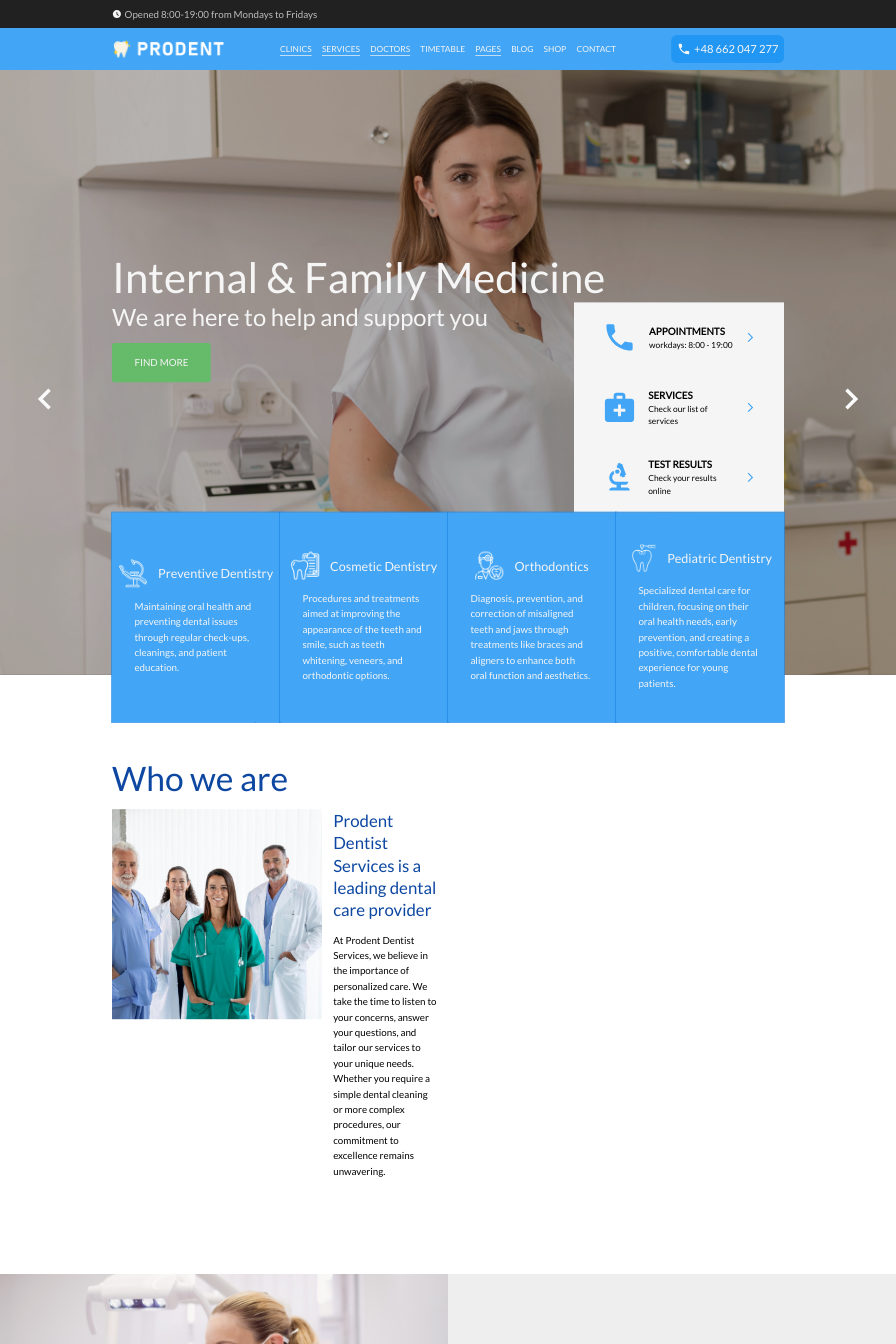
Repository: princ3-web/8
Page: /
These files come from the project's save history. The page is drawn as it stood at one moment and after a run of saves; the edit follows.
The browser window is 1280 px wide. The pictures show the part of the page from y = 0 to 1920 px (the page is 2739 px tall before and 1969 px after), at 70% of full size.
The project was rebuilt for these pictures with package versions that can differ from the ones it lists, and the page was loaded fresh each time. Also part of the build but not shown: vite.config.js, src/subpages/About.jsx, src/index.css.

Above is the page before, as saved 2023-11-02 15:29:51.

### index.html
<!doctype html>
<html lang="en">
  <head>
    <meta charset="UTF-8" />
    <link rel="icon" type="image/svg+xml" href="/vite.svg" />
    <meta name="viewport" content="width=device-width, initial-scale=1.0" />
    <title>Vite + React</title>
    <link rel="preconnect" href="https://fonts.googleapis.com">
    <link rel="preconnect" href="https://fonts.gstatic.com" crossorigin>
    <link href="https://fonts.googleapis.com/css2?family=Lato&display=swap" rel="stylesheet">
  </head>
  <body>
    <div id="root"></div>
    <script type="module" src="/src/main.jsx"></script>
  </body>
</html>

### src/App.jsx
import "./App.css";
import { Box } from "@mui/material";
import { Route, Routes } from "react-router-dom";
import Home from "./subpages/Home";
import About from "./subpages/About";
import Navbar from "./components/Navbar";
import Subbar from "./components/Subbar";
import { createTheme, ThemeProvider } from "@mui/material/styles";

function App() {

  const theme = createTheme({
    typography: {
      fontFamily: "Lato, sans-serif",
    },
  });



  return (
    <ThemeProvider theme={theme}>
    <Box>

      <Navbar />

      <Routes>
        <Route path="/" element={<Home />} />
        <Route path="/about" element={<About />} />
      </Routes>
      <Subbar />
    </Box>
    </ThemeProvider>
  );
}

export default App;

### src/App.css
body {
  padding: 0;
  margin: 0;
  overflow-x: "hidden";
}

### src/subpages/Home.jsx
import React, { useEffect, useState } from "react";
import { Box, CardMedia, Typography, Button, Fade } from "@mui/material";
import image1 from "../assets/images/1.jpg";
import image2 from "../assets/images/2.jpg";
import image3 from "../assets/images/3.jpg";
import image4 from "../assets/images/4.jpg";
import image5 from "../assets/images/5.jpg";
import { green, grey, blue } from "@mui/material/colors";
import PhoneIcon from "@mui/icons-material/Phone";
import MedicalServicesIcon from "@mui/icons-material/MedicalServices";
import BiotechIcon from "@mui/icons-material/Biotech";
import ArrowForwardIosIcon from "@mui/icons-material/ArrowForwardIos";
import icon1 from "../assets/icons/1.png";
import icon2 from "../assets/icons/2.png";
import icon3 from "../assets/icons/3.png";
import icon4 from "../assets/icons/4.png";
import SingleCarousel from "../components/SingleCarousel";

const Menu = () => {
  const items0 = [
    {
      title: "Preventive Dentistry",
      text: "Maintaining oral health and preventing dental issues through regular check-ups, cleanings, and patient education.",
      icon: icon1,
    },
    {
      title: "Cosmetic Dentistry",
      text: "Procedures and treatments aimed at improving the appearance of the teeth and smile, such as teeth whitening, veneers, and orthodontic options.",
      icon: icon2,
    },
    {
      title: "Orthodontics",
      text: "Diagnosis, prevention, and correction of misaligned teeth and jaws through treatments like braces and aligners to enhance both oral function and aesthetics.      ",
      icon: icon3,
    },
    {
      title: "Pediatric Dentistry",
      text: "Specialized dental care for children, focusing on their oral health needs, early prevention, and creating a positive, comfortable dental experience for young patients.      ",
      icon: icon4,
    },
  ];

  const items1 = [
    {
      title: "APPOINTMENTS",
      text: "workdays: 8:00 - 19:00",
      icon: <PhoneIcon sx={{ color: blue[400], fontSize: "50px", mr: "1rem" }} />,
    },
    {
      title: "SERVICES",
      text: "Check our list of services",
      icon: <MedicalServicesIcon sx={{ color: blue[400], fontSize: "50px", mr: "1rem" }} />,
    },
    {
      title: "TEST RESULTS",
      text: "Check your results online",
      icon: <BiotechIcon sx={{ color: blue[400], fontSize: "50px", mr: "1rem" }} />,
    },
  ];

  return (
    <Box
      sx={{
        position: "absolute",
        display: "flex",
        flexDirection: "column",
        alignItems: "flex-end",
        boxSizing: "border-box",
        top: "60%",
        px: "160px",
        width: "100%",
      }}
    >
      <Box
        sx={{
          display: "flex",
          flexDirection: "column",
          justifyContent: "space-evenly",
          alignItems: "center",
          backgroundColor: grey[100],
          width: "300px",
          height: "300px",
        }}
      >
        {items1.map((item) => (
          <Box
            sx={{
              display: "flex",
              alignItems: "center",
              justifyContent: "space-between",
              width: "100%",
              height: "33%",
              boxSizing: "border-box",
              px: "40px",
              transition: "0.25s",
              ":hover": {
                backgroundColor: grey[300],
                cursor: "pointer",
              },
            }}
          >
            {item.icon}
            <Box>
              <Typography sx={{ fontSize: "14px", fontWeight: 600 }}>{item.title}</Typography>
              <Typography sx={{ fontSize: "12px" }}>{item.text}</Typography>
            </Box>
            <ArrowForwardIosIcon sx={{ color: blue[400], fontSize: "16px", ml: "1rem" }} />
          </Box>
        ))}
      </Box>
      <Box sx={{ display: "flex", width: "100%" }}>
        {items0.map((item) => (
          <Box
            sx={{
              display: "flex",
              flexDirection: "column",
              justifyContent: "center",
              alignItems: "center",
              backgroundColor: blue[400],
              width: "300px",
              height: "300px",
              outline: "1px solid " + blue[600],
              transition: "0.25s",
              ":hover": {
                backgroundColor: blue[500],
                cursor: "pointer",
              },
            }}
          >
            <Box sx={{ display: "flex", alignItems: "center", mb: "1rem" }}>
              <CardMedia
                component="img"
                src={item.icon}
                alt=""
                sx={{ width: "40px", mr: "1rem" }}
              />
              <Typography color={grey[100]} sx={{ fontSize: "18px" }}>
                {item.title}
              </Typography>
            </Box>
            <Typography color={grey[100]} variant="subtitle2" sx={{ px: "2rem" }}>
              {item.text}
            </Typography>
          </Box>
        ))}
      </Box>
    </Box>
  );
};

const Home = () => {

  const [currentImageIndex, setCurrentImageIndex] = useState(0);

  useEffect(() => {
    const interval = setInterval(() => {
      const nextIndex = (currentImageIndex + 1) % images.length;
      setCurrentImageIndex(nextIndex);
    }, 4000);

    return () => {
      clearInterval(interval);
    };
  }, [currentImageIndex]);

  const images = [image1, image2, image3, image4];

  return (
    <Box>
      <SingleCarousel images={images} />

      <Box sx={{ position: "absolute", top: "50%", left: "160px", zIndex: 1 }}>
        <Typography variant="h2" sx={{ color: grey[100] }}>
          Internal & Family Medicine
        </Typography>
        <Typography variant="h4" sx={{ color: grey[100] }}>
          We are here to help and support you
        </Typography>
        <Button
          sx={{
            backgroundColor: green[400],
            color: grey[100],
            py: "1rem",
            px: "2rem",
            mt: "1rem",
            "&:hover": {
              backgroundColor: green[700],
              cursor: "pointer",
            },
          }}
        >
          FIND MORE
        </Button>
      </Box>
      <Menu />
      <Box sx={{ boxSizing: "border-box", px: "160px", py: "120px" }}>
        <Typography variant="h3" color={blue[900]}>
          Who we are
        </Typography>
        <Box sx={{ display: "flex", width: "50%" }}>
          <CardMedia
            component="img"
            src={image1}
            alt=""
            sx={{ width: "300px", height: "300px", mt: "1rem" }}
          />
          <Box sx={{ p: "1rem" }}>
            <Typography variant="h5" sx={{ mb: "1rem" }} color={blue[900]}>
              Prodent Dentist Services is a leading dental care provider
            </Typography>

            <Typography variant="subtitle2">
              At Prodent Dentist Services, we believe in the importance of personalized care. We
              take the time to listen to your concerns, answer your questions, and tailor our
              services to your unique needs. Whether you require a simple dental cleaning or more
              complex procedures, our commitment to excellence remains unwavering.
            </Typography>
          </Box>
        </Box>
      </Box>
      <Box sx={{backgroundColor: grey[200]}}>
        <CardMedia component="img" src={image5} alt="" sx={{ width: "50%", height: "100%" }} />
        <Box>
        <CardMedia component="img" src={image5} alt="" sx={{ width: "50%", height: "100%" }} />
        <Typography>a</Typography>
        <Typography>b</Typography>
        </Box>
      </Box>
    </Box>
  );
};

export default Home;

### src/components/Navbar.jsx
import React from "react";
import { Box, Typography, CardMedia, Menu, MenuItem } from "@mui/material";
import { blue, grey } from "@mui/material/colors";
import PhoneIcon from "@mui/icons-material/Phone";
import AccessTimeFilledIcon from "@mui/icons-material/AccessTimeFilled";
import logo from "../assets/icons/logo.png";

const Navbar = () => {
  const items = [
    { name: "CLINICS", items: ["Dental Clinic 1", "Dental Clinic 2", "Dental Clinic 3"] },
    { name: "SERVICES", items: ["Orthodontics", "Cosmetic Dentistry", "Preventive Dentistry"] },
    { name: "DOCTORS", items: ["Dentist 1", "Dentist 2", "Dentist 3"] },
    { name: "TIMETABLE", items: [] },
    { name: "PAGES", items: ["Home Page", "About Us", "Services Page"] },
    { name: "BLOG", items: [] },
    { name: "SHOP", items: [] },
    {
      name: "CONTACT",
      items: [],
    },
  ];

  const handleMenuItemHover = (event, index) => {
    const dropdownMenu = event.currentTarget.querySelector(".dropdown-menu");
    if (dropdownMenu) {
      dropdownMenu.style.visibility = "visible";
      dropdownMenu.style.filter = "opacity(1)";
    }
  };

  const handleMenuItemLeave = (event) => {
    const dropdownMenu = event.currentTarget.querySelector(".dropdown-menu");
    if (dropdownMenu) {
      dropdownMenu.style.visibility = "hidden";
      dropdownMenu.style.filter = "opacity(0)";
    }
  };

  return (
    <Box sx={{ position: "relative", zIndex: 2 }}>
      <Box
        sx={{
          display: "flex",
          alignItems: "center",
          height: "40px",
          width: "100%",
          backgroundColor: grey[900],
          pl: "160px",
          boxSizing: "border-box",
        }}
      >
        <AccessTimeFilledIcon sx={{ color: grey[100], fontSize: "14px", mr: "0.25rem" }} />
        <Typography color={grey[400]} variant="subtitle2">
          Opened 8:00-19:00 from Mondays to Fridays
        </Typography>
      </Box>
      <Box
        sx={{
          display: "flex",
          justifyContent: "space-between",
          alignItems: "center",
          boxSizing: "border-box",
          px: "160px",
          backgroundColor: blue[400],
          height: "60px",
        }}
      >
        <Box>
          <CardMedia component="img" src={logo} alt="" sx={{ height: "30px" }} />
        </Box>
        <Box
          sx={{
            display: "flex",
            justifyContent: "space-between",
            alignItems: "center",
            width: "50%",
            height: "100%",
          }}
        >
          {items.map((item, index) => (
            <Box
              key={index}
              onMouseEnter={(e) => handleMenuItemHover(e, index)}
              onMouseLeave={handleMenuItemLeave}
              sx={{ display: "flex", alignItems: "center", height: "100%" }}
            >
              <Typography
                sx={{
                  color: grey[100],
                  textDecoration: item.items.length < 1 ? "none" : "underline",
                  textUnderlineOffset:"5px",
                  fontSize: "12px",
                  ":hover": { cursor: "pointer", color: blue[100] },
                }}
              >
                {item.name}
              </Typography>
              <Box
                className="dropdown-menu"
                sx={{
                  visibility: "hidden",
                  position: "absolute",
                  backgroundColor: grey[100],
                  transition: "0.5s",
                  filter: "opacity(0)",
                  fontSize: "12px",
                  mt: "190px",
                  ml: "-10px",
                  py:"0.5rem",
                }}
              >
                {item.items.map((item) => (

                  <MenuItem sx={{ fontSize: "12px", p:"1rem", pr:"7rem" }}>{item}</MenuItem>
                ))}
              </Box>
            </Box>
          ))}
        </Box>
        <Box
          sx={{
            display: "flex",
            alignItems: "center",
            p: "0.5rem",
            borderRadius: ".5rem",
            backgroundColor: blue[500],
          }}
        >
          <PhoneIcon sx={{ color: grey[100], fontSize: "20px", mr: "0.25rem" }} />
          <Typography color={grey[100]}>+48 662 047 277</Typography>
        </Box>
      </Box>
    </Box>
  );
};

export default Navbar;

### src/components/Subbar.jsx
import React from 'react'

const Subbar = () => {
  return (
    <div>Subbar</div>
  )
}

export default Subbar

### src/components/SingleCarousel.jsx
import React, { useState, useEffect } from "react";
import KeyboardArrowLeftIcon from "@mui/icons-material/KeyboardArrowLeft";
import KeyboardArrowRightIcon from "@mui/icons-material/KeyboardArrowRight";
import IconButton from "@mui/material/IconButton";
import Box from "@mui/material/Box";
import { grey } from "@mui/material/colors";
import { CardMedia } from "@mui/material";

const SingleCarousel = ({ images }) => {
  const [index, setIndex] = useState(0);
  const [transition, setTransition] = useState(false);
  const [hover, setHover] = useState(false);

  useEffect(() => {
    const interval = setInterval(() => {
      setIndex((state) => (state === images.length - 1 ? 0 : state + 1));
    }, 5000);

    return () => {
      clearInterval(interval);
    };
  }, [hover]);

  const handlePrevious = () => {
    if (!transition) {
      setTransition(true);
      setIndex((state) => (state > 0 ? setIndex(state - 1) : setIndex(images.length - 1)));
      setTimeout(() => setTransition(false), 500);
    }
  };

  const handleNext = () => {
    if (!transition) {
      setTransition(true);
      setIndex((state) => (state < images.length - 1 ? setIndex(state + 1) : setIndex(0)));
      setTimeout(() => setTransition(false), 500);
    }
  };

  return (
    <Box height={"120vh"} sx={{ position: "relative", overflow: "hidden", backgroundColor: grey[900] }}>
      {images.map((item, n) => (
        <Box
          sx={{
            position: "absolute",
            justifyContent: "center",
            alignContent: "center",
            width: "100%",
            height: "100%",
            transition: "2s",
            filter: n === index ? "Opacity(1)" : "Opacity(0)",
          }}
        >
          <CardMedia
            component="img"
            src={item}
            sx={{ height: "100%", filter: "brightness(0.8)" }}
          />

        </Box>
      ))}
      <Box
        sx={{
          position: "absolute",
          display: "flex",
          justifyContent: "space-between",
          width: "96%",
          left: "2%",
          top: "50%",
        }}
      >
        <IconButton
          onClick={handlePrevious}
          onMouseOver={() => setHover(true)}
          onMouseLeave={() => setHover(false)}
        >
          <KeyboardArrowLeftIcon style={{ color: grey[50], zIndex: 10, fontSize: 60 }} />
        </IconButton>
        <IconButton
          onClick={handleNext}
          onMouseOver={() => setHover(true)}
          onMouseLeave={() => setHover(false)}
        >
          <KeyboardArrowRightIcon style={{ color: grey[50], zIndex: 10, fontSize: 60 }} />
        </IconButton>
      </Box>
    </Box>
  );
};

export default SingleCarousel;

Loaded but not shown: src/main.jsx (common file); src/index.css (no copy from this time; the picture is the same without it)

After the next 4 saves:
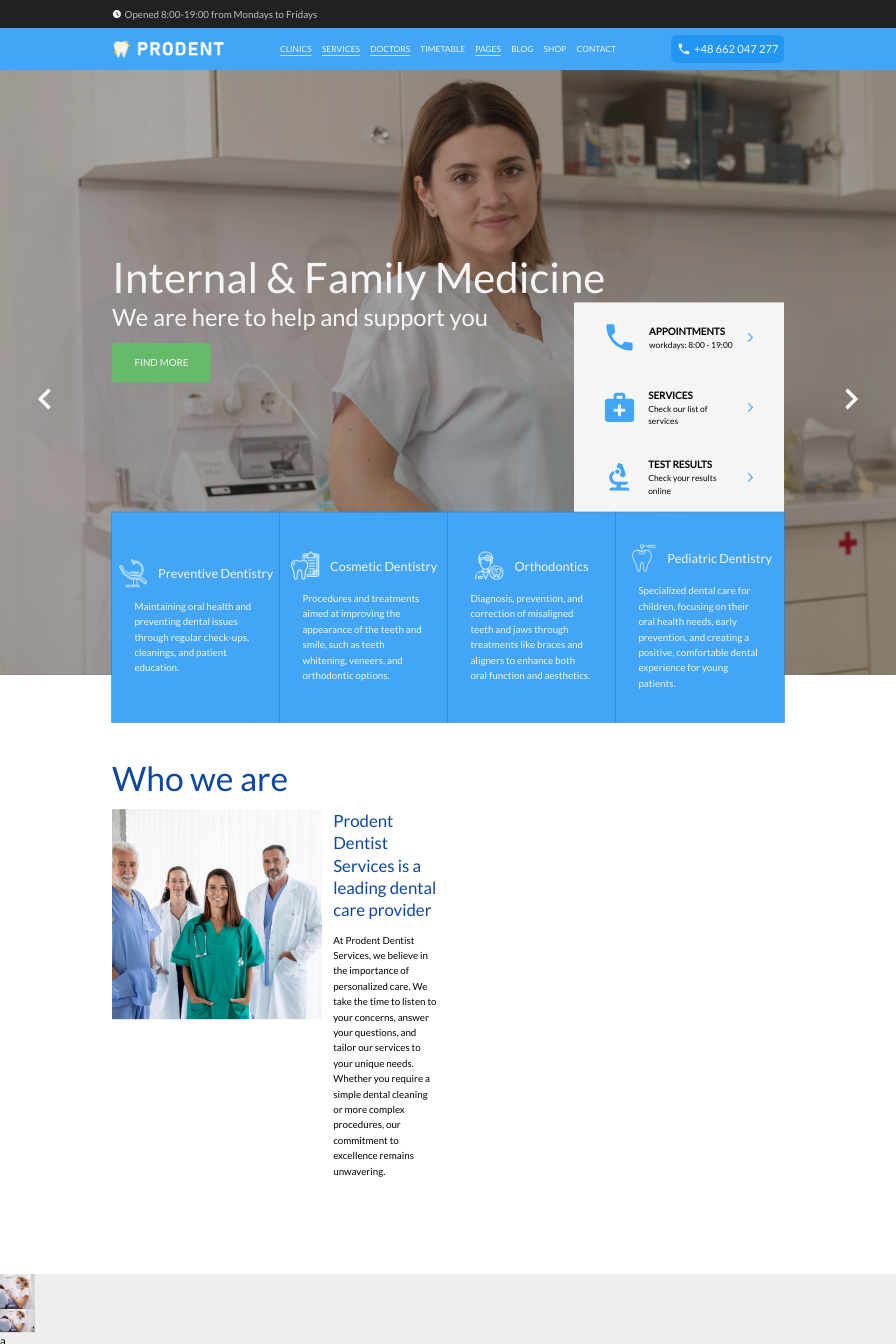
The 4 saves are shown as one change because they came seconds apart.
The last was saved 16 s later.
--- a/src/subpages/Home.jsx
+++ b/src/subpages/Home.jsx
@@ -219,9 +219,9 @@ const Home = () => {
         </Box>
       </Box>
       <Box sx={{backgroundColor: grey[200]}}>
-        <CardMedia component="img" src={image5} alt="" sx={{ width: "50%", height: "100%" }} />
+        <CardMedia component="img" src={image5} alt="" sx={{ width: "50px", height: "50px" }} />
         <Box>
-        <CardMedia component="img" src={image5} alt="" sx={{ width: "50%", height: "100%" }} />
+        <CardMedia component="img" src={image5} alt="" sx={{ width: "50px", height: "100%" }} />
         <Typography>a</Typography>
         <Typography>b</Typography>
         </Box>
